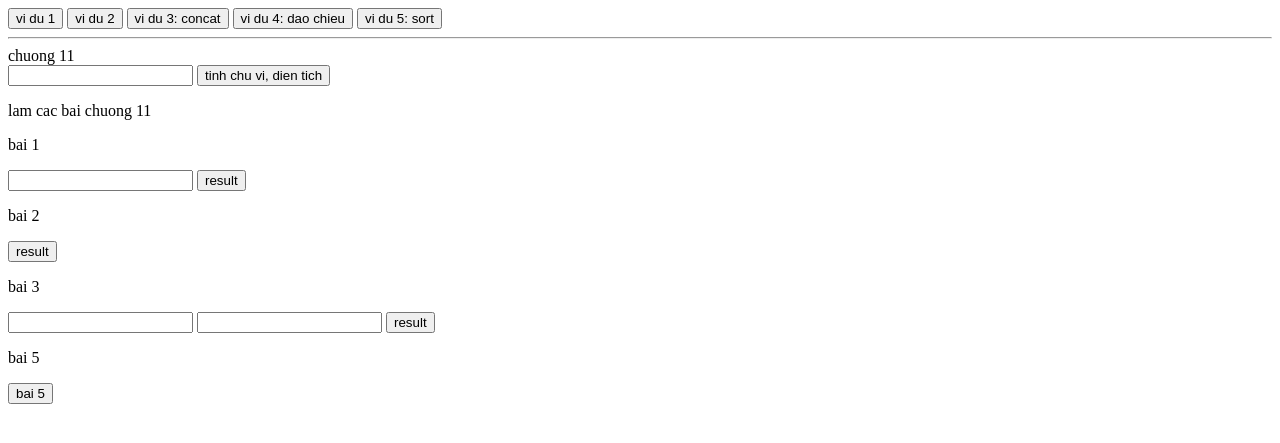
Repository: thanhp6868/ltWeb
Page: 1810/vidu/index.html
These files come from the project's save history. The page is drawn as it stood at one moment and after the next save; the edit follows.
The browser window is 1280 px wide. The pictures show the whole page.

Above is the page before, as saved 2023-10-18 16:28:21.

After the next save:
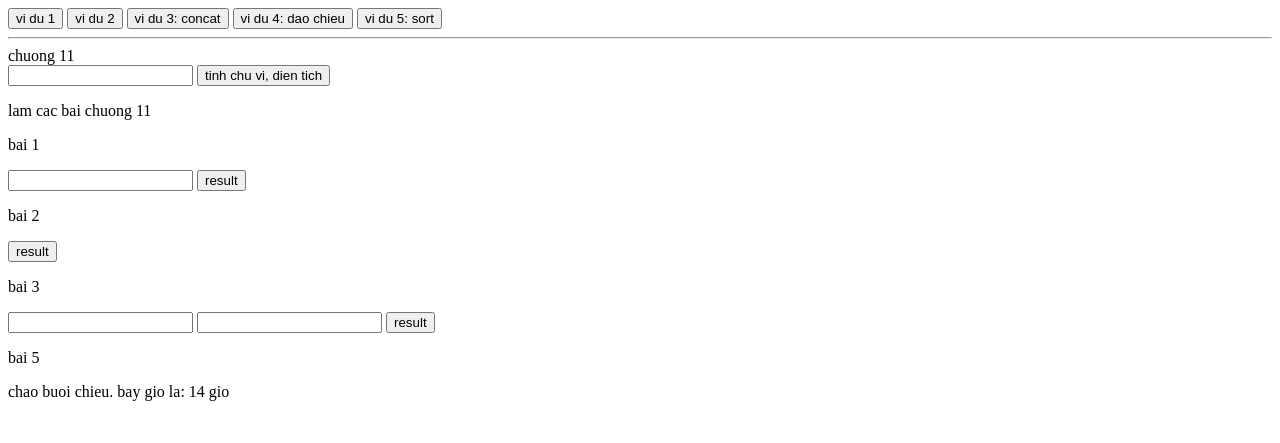
Saved 102 s later.
--- a/1810/vidu/index.html
+++ b/1810/vidu/index.html
@@ -38,8 +38,10 @@
      <p id="result_3"></p>
 
      <p>bai 5</p>
-     <button onclick="bai5()">bai 5</button>
-      <p id="result_5"></p>
+     <p id="result_5"></p>
+     <script>bai5()</script>
+     <!-- <button onclick="bai5()">bai 5</button> -->
+
 
 </body>
 </html>
